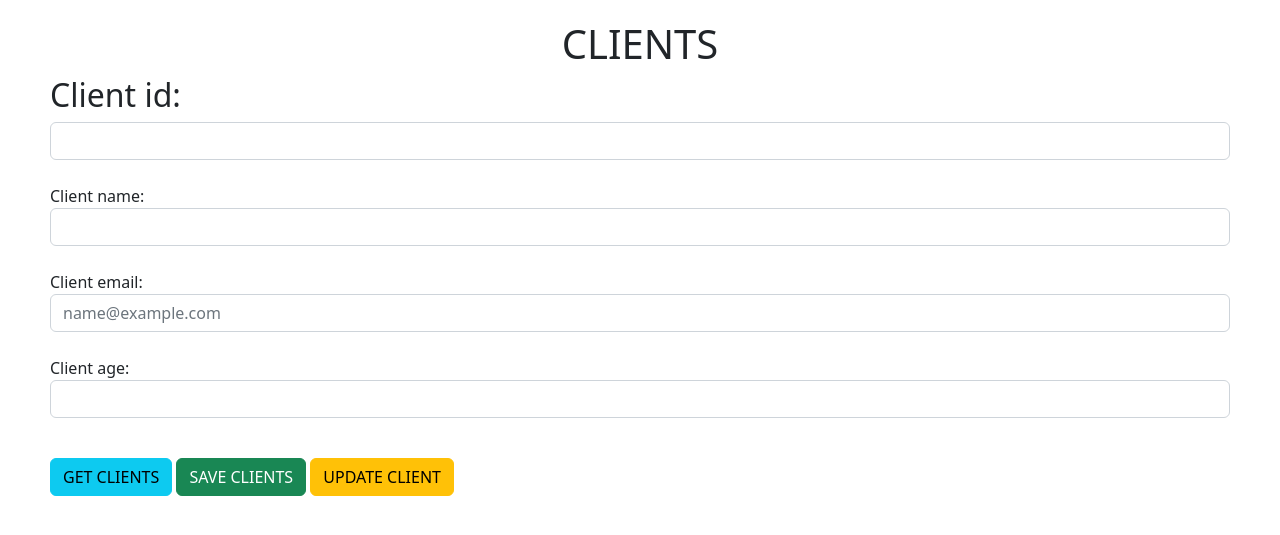
Repository: almendezl/MisionTIC
Page: index.html
The author's editor kept a copy of each file at every save. The page is drawn from the files as they stood at one save, then again after the next save.
The browser window is 1280 px wide. The pictures show the whole page.

Above is the page before, as saved 2022-10-01 21:38:20.

### index.html
<html lang="en">
<head>
    <meta charset="UTF-8">
    <meta http-equiv="X-UA-Compatible" content="IE=edge">
    <meta name="viewport" content="width=device-width, initial-scale=1.0">
    <link rel="stylesheet" href="styles.css">
    <title>MISION TIC 2022 RETO 2</title>
</head>
<!-- add jquery api -->
<script src="https://ajax.googleapis.com/ajax/libs/jquery/3.6.1/jquery.min.js"></script>
<!-- add bootstrap -->

<link href="https://cdn.jsdelivr.net/npm/bootstrap@5.2.1/dist/css/bootstrap.min.css" rel="stylesheet" integrity="sha384-iYQeCzEYFbKjA/T2uDLTpkwGzCiq6soy8tYaI1GyVh/UjpbCx/TYkiZhlZB6+fzT" crossorigin="anonymous">
<!-- add the file with the script -->
<script type="text/javascript" src="myScript.js"></script>
<body>
    <h1 class="text-center">CLIENTS</h1>
    <form action="">
        <div class="form-group">
            <h2 class="label label-default" >Client id: </h2>
            <input class="form-control" type="number" id="clientId"> <br>
        </div>

        <div class="form-group">
            <label >Client name: </label>
            <input class="form-control" type="text" id="clientName"><br>
        </div>

        <div class="form-group">
            <label >Client email: </label>
            <input class="form-control" type="text" id="clientEmail" placeholder="name@example.com"><br>
        </div>

        <div class="form-group">
            <label >Client age: </label>
            <input class="form-control" type="number" id="clientAge"><br>
        </div>

    </form>




    <button class="btn btn-info" onclick="getClients()">GET CLIENTS</button>

    <button class="btn btn-success" onclick="setClient()">SAVE CLIENTS</button>

    <button class="btn btn-warning" onclick="updateClient()">UPDATE CLIENT</button><br><br>

    <div id="clientsList">

    </div>



</body>
</html>

### styles.css
body {

    padding: 20px 50px;
  }

### myScript.js
function getClients(){

    $.ajax({
        url:'https://gbc0751b79176df-fy68ude9ajgxmklv.adb.us-ashburn-1.oraclecloudapps.com/ords/admin/client/client',
        type: 'GET',
        dataType: 'json',

        success: function(clients){
            console.log(clients);
            let cs= clients.items;
            //$('#clientsList').append("<h2>Clients List</h2>");
            $('#clientsList').empty();
            for(i = 0; i<cs.length; i++){
                $('#clientsList').append("<b>"+cs[i].id+" "+cs[i].name+" </b> "+cs[i].email+"   <button class='btn btn-danger' onclick='deleteClient("+cs[i].id+")'>DELETE</button>"+"<br>");
                //$('#clientsList').append();
            }

        },
        error: function(xhr, status){
            alert("A problem has occurred");
        },
        complete: function(xhr, status){
            //alert("Request made");
        }
    });

}

function setClient(){

    let clientId = $("#clientId").val();
    let clientName = $("#clientName").val();
    let clientEmail = $("#clientEmail").val();
    let clientAge = $("#clientAge").val();

    let data = {
        id: clientId,
        name: clientName,
        email: clientEmail,
        age: clientAge

    };

    let dataToSend = JSON.stringify(data);

    console.log(dataToSend);

    $.ajax({
        url:'https://gbc0751b79176df-fy68ude9ajgxmklv.adb.us-ashburn-1.oraclecloudapps.com/ords/admin/client/client',
        type: 'POST',
        //dataType: 'json',
        data: dataToSend,
         contentType: "application/json",

        success: function(json){
            console.log(json);
            //Clean the inputs
            $("#clientId").val('');
            $("#clientName").val('');
            $("#clientEmail").val('');
            $("#clientAge").val('');
            getClients();
        },
        error: function(xhr, status){
            //alert("A problem has occurred");

        },
        complete: function(xhr, status){
            //alert("Request made");

        }
    });

}

function updateClient(){
    let clientId = $("#clientId").val();
    let clientName = $("#clientName").val();
    let clientEmail = $("#clientEmail").val();
    let clientAge = $("#clientAge").val();

    let data = {
        id: clientId,
        name: clientName,
        email: clientEmail,
        age: clientAge

    };

    let dataToSend = JSON.stringify(data);

    console.log(dataToSend);

    $.ajax({
        url:'https://gbc0751b79176df-fy68ude9ajgxmklv.adb.us-ashburn-1.oraclecloudapps.com/ords/admin/client/client',
        type: 'PUT',
        //dataType: 'json',
        data: dataToSend,
        contentType: "application/json",

        success: function(json){
            console.log(json);
            //Clean the inputs
            $("#clientId").val('');
            $("#clientName").val('');
            $("#clientEmail").val('');
            $("#clientAge").val('');
            getClients();
        },
        error: function(xhr, status){
            //alert("A problem has occurred");

        },
        complete: function(xhr, status){
            //alert("Request made");

        }
    });
}

function deleteClient(clientId){


    let data = {
        id: clientId

    };

    let dataToSend = JSON.stringify(data);

    console.log(dataToSend);

    $.ajax({
        url:'https://gbc0751b79176df-fy68ude9ajgxmklv.adb.us-ashburn-1.oraclecloudapps.com/ords/admin/client/client',
        type: 'DELETE',
        //dataType: 'json',
        data: dataToSend,
        contentType: "application/json",

        success: function(json){
            console.log(json);
            //Clean the inputs
            $("#clientId").val('');
            $("#clientName").val('');
            $("#clientEmail").val('');
            $("#clientAge").val('');
            getClients();
        },
        error: function(xhr, status){
            //alert("A problem has occurred");

        },
        complete: function(xhr, status){
            //alert("Request made");

        }
    });
}

After the next save:
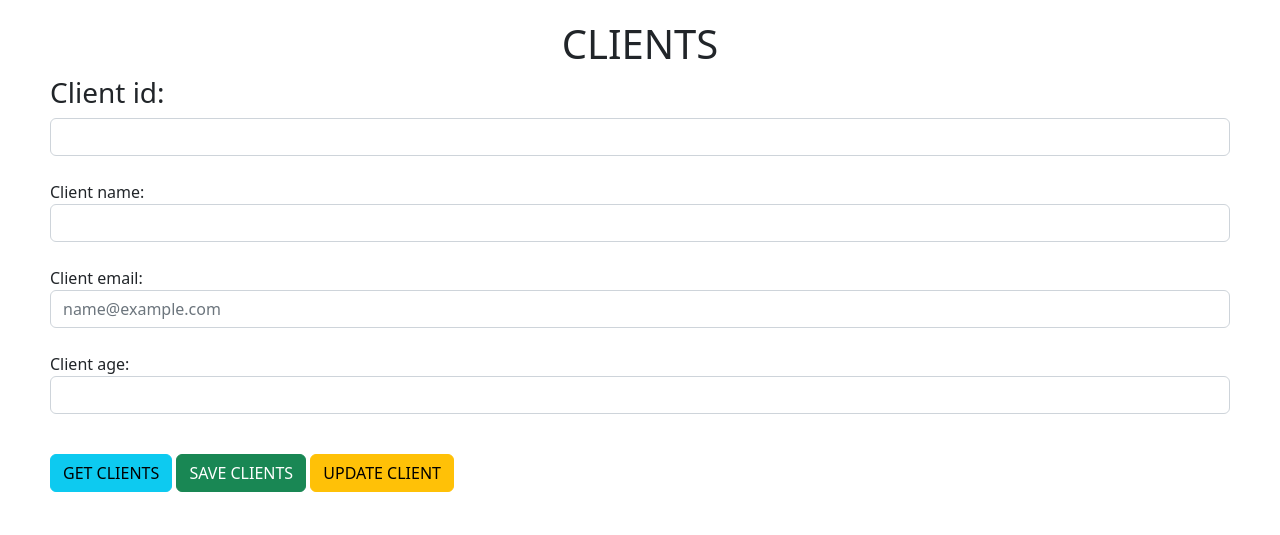
Saved 11 s later.
--- a/index.html
+++ b/index.html
@@ -17,7 +17,7 @@
     <h1 class="text-center">CLIENTS</h1>
     <form action="">
         <div class="form-group">
-            <h2 class="label label-default" >Client id: </h2>
+            <h3 class="label label-default" >Client id: </h3>
             <input class="form-control" type="number" id="clientId"> <br>
         </div>
 
